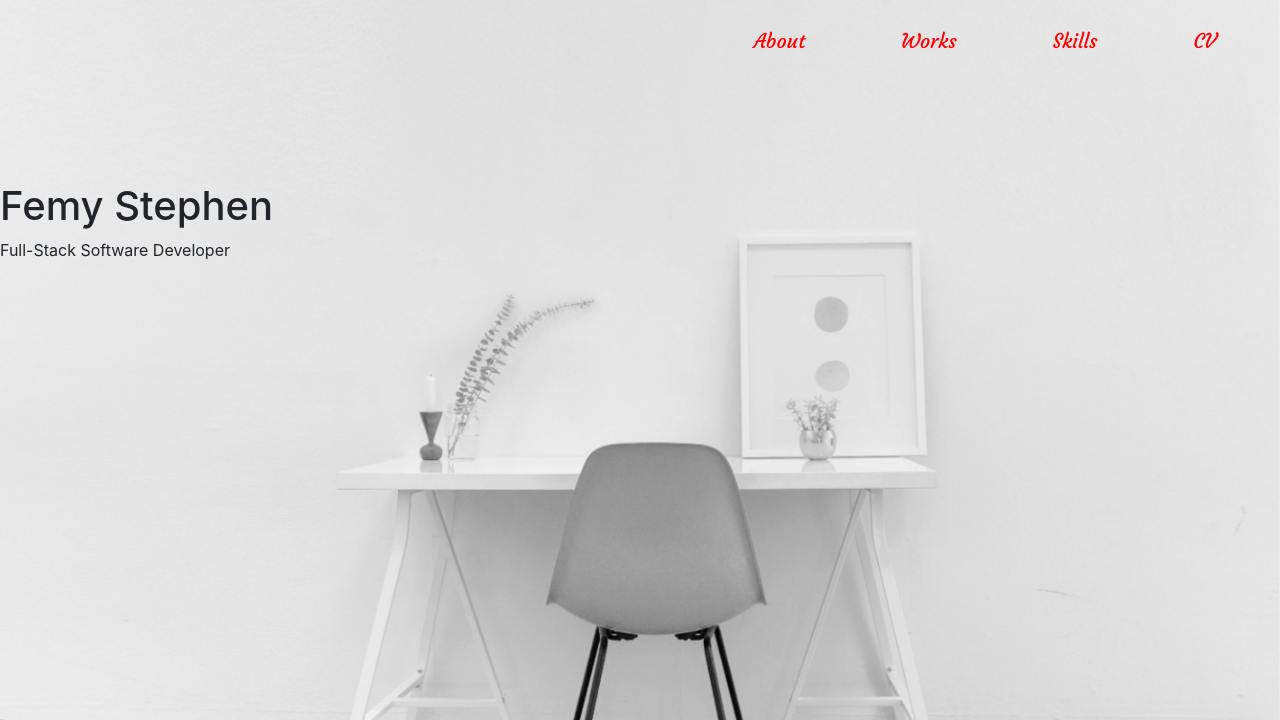
Repository: femy16/FemyStephen
Page: index.html
The author's editor kept a record of every edit. The page is drawn from the files as they stood at one moment, then again after the next edit.
The browser window is 1280 px wide. The pictures show the whole page.
Some web libraries are served in a nearby version.

Above is the page before.
Not found: hover.css

### index.html
<!DOCTYPE html>
<html lang="en">

<head>
    <meta charset="UTF-8">
    <meta name="viewport" content="width=device-width, initial-scale=1.0">
    <meta http-equiv="X-UA-Compatible" content="ie=edge">
    <link href="https://fonts.googleapis.com/css?family=Courgette|Kaushan+Script" rel="stylesheet">
    <link rel="stylesheet" href="https://use.fontawesome.com/releases/v5.3.1/css/all.css" integrity="sha384-mzrmE5qonljUremFsqc01SB46JvROS7bZs3IO2EmfFsd15uHvIt+Y8vEf7N7fWAU" crossorigin="anonymous">
    <link rel="stylesheet" href="hover.css" type="text/css" />
    <link rel="stylesheet" href="https://maxcdn.bootstrapcdn.com/bootstrap/4.0.0/css/bootstrap.min.css" integrity="sha384-Gn5384xqQ1aoWXA+058RXPxPg6fy4IWvTNh0E263XmFcJlSAwiGgFAW/dAiS6JXm" crossorigin="anonymous">
    <link rel="stylesheet" href="style.css" type="text/css" />
    <link href="https://fonts.googleapis.com/css?family=Montserrat" rel="stylesheet">
    <title>Femy Stephen</title>
</head>

<body>
   <header id="landing-view">


        <nav class="navbar navbar-expand-md navbar-masthead navbar-default navbar-fixed-top">
                <div class="container topmenu">


            <button class="navbar-toggler" type="button" data-toggle="collapse" data-target="#collapsibleNavbar">
    <span class="fa fa-bars" ></span>
  </button>
  </div>
            <div class="collapse navbar-collapse" id="collapsibleNavbar">
                <ul class="navbar-nav">
                    <li class="nav-item">
                        <a class="nav-link" href="#">About</a>
                    </li>
                    <li class="nav-item">
                        <a class="nav-link" href="services.html">Works</a>
                    </li>
                    <li class="nav-item">
                        <a class="nav-link" href="products.html">Skills</a>
                    </li>
                    <li class="nav-item">
                        <a class="nav-link" href="contac_us.html">CV</a>
                    </li>
                </ul>
            </div>
        </nav>
<div class="headercontainer">
    <h1 class="name">Femy Stephen</h1>
    <p class="title">Full-Stack Software Developer</p>

</div>

    </header>
    <div class="spacer"></div>
    <main>


    </main>

    <footer>

    </footer>



    <script src="https://code.jquery.com/jquery-3.2.1.slim.min.js" integrity="sha384-KJ3o2DKtIkvYIK3UENzmM7KCkRr/rE9/Qpg6aAZGJwFDMVNA/GpGFF93hXpG5KkN" crossorigin="anonymous"></script>
    <script src="https://cdnjs.cloudflare.com/ajax/libs/popper.js/1.12.9/umd/popper.min.js" integrity="sha384-ApNbgh9B+Y1QKtv3Rn7W3mgPxhU9K/ScQsAP7hUibX39j7fakFPskvXusvfa0b4Q" crossorigin="anonymous"></script>
    <script src="https://maxcdn.bootstrapcdn.com/bootstrap/4.0.0/js/bootstrap.min.js" integrity="sha384-JZR6Spejh4U02d8jOt6vLEHfe/JQGiRRSQQxSfFWpi1MquVdAyjUar5+76PVCmYl" crossorigin="anonymous"></script>
</body>

</html>

### style.css
.navbar {
    background-color: transparent;
    text-align:right;

}

.navbar-fixed-top .container {

    text-align: right;
    margin-right: 1%;
    margin-top: 1%;

}
#landing-view {
    background-attachment: fixed;
    background-image: url('images/landing.jpg');
    background-position: bottom;
    background-size: cover;
    height: 100vh;
    width: 100vw;
    margin-bottom: 0px;
    z-index: 1;
}

body{

    background-color: #fdfdfd;
    width: 100%;
}


/*.spacer {*/
/*    width: 100%;*/
/*    height: 170px;*/
/*}*/


.nav-link {
    font-family: 'Courgette', cursive;
    font-size: 20px;
    color: red;
    padding-left: 40px;
    padding-right: 40px;
}

.nav-item {
    display: inline-block;
    padding: 10px;
    padding-left: 40px;
    padding-right: 40px;
}
.headercontainer{
    margin-top:100px;

}

After the next edit:
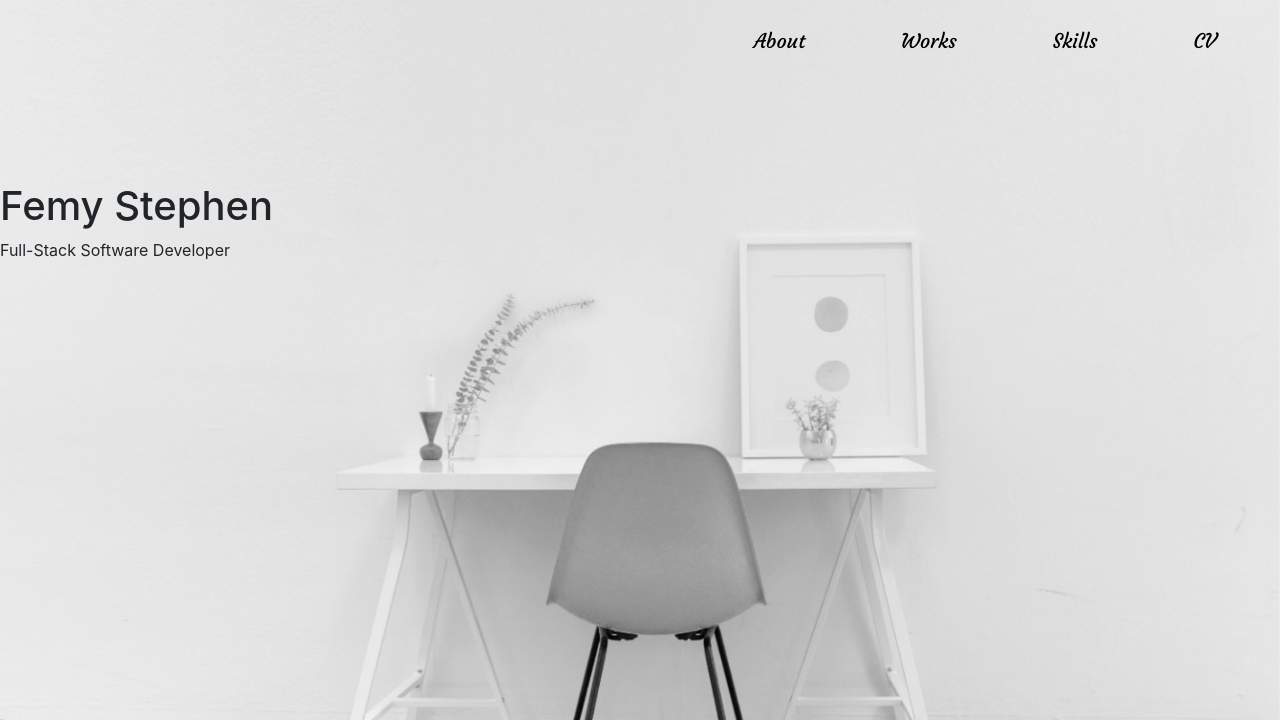
The edit:
--- a/style.css
+++ b/style.css
@@ -38,7 +38,7 @@
 .nav-link {
     font-family: 'Courgette', cursive;
     font-size: 20px;
-    color: red;
+    color: black;
     padding-left: 40px;
     padding-right: 40px;
 }
